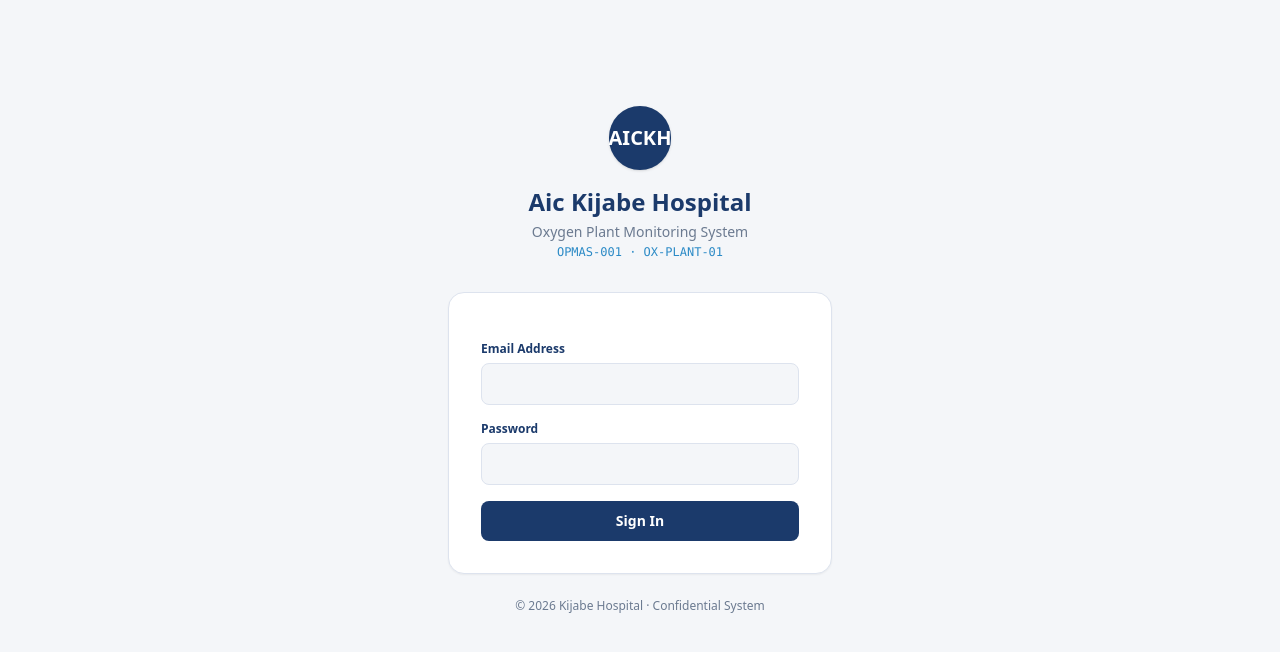
Repository: MosesCodeX-CS/OPMAS-001
Page: http://localhost/login
The author's editor kept a copy of each file at every save. The page is drawn from the files as they stood at one save, then again after a run of saves.
The browser window is 1280 px wide. The pictures show the whole page.
Some web libraries are served in a nearby version. The page is served by the project's Laravel application, run on PHP 8.4 with Laravel 12.

Above is the page before, as saved 2026-07-14 12:16:49.

After the next 2 saves:
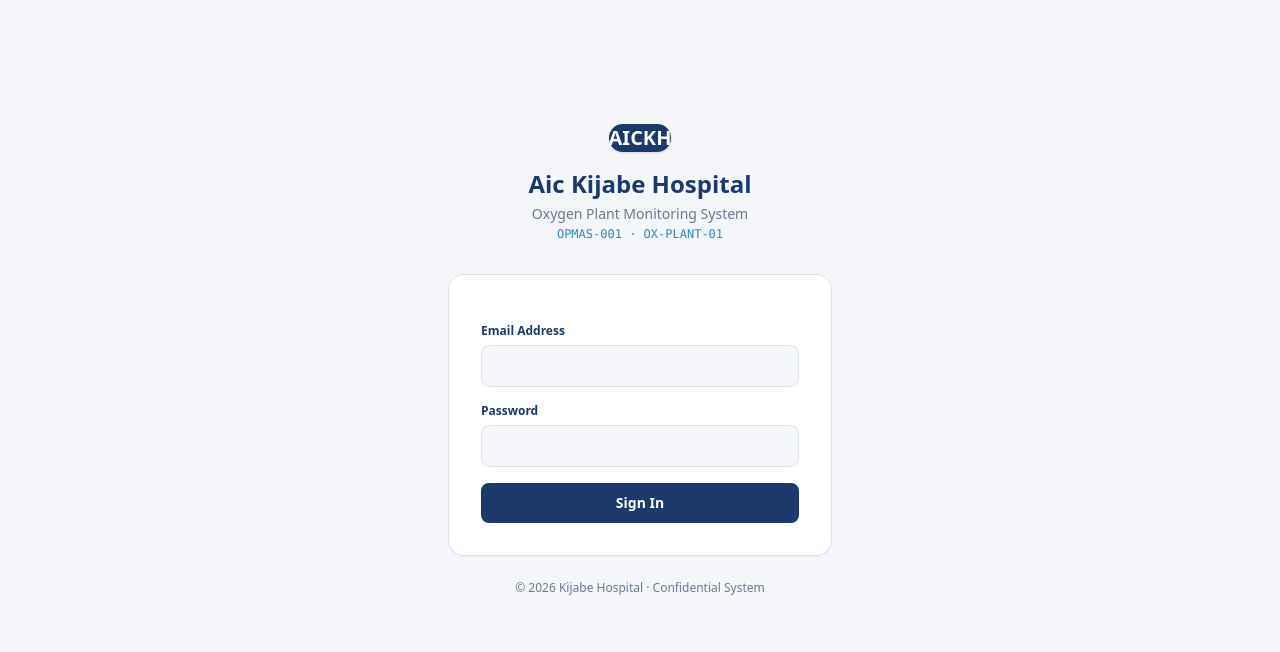
The 2 saves are shown as one change because they came seconds apart.
The last was saved 11 s later.
--- a/opmas-app/resources/views/auth/login.blade.php
+++ b/opmas-app/resources/views/auth/login.blade.php
@@ -9,7 +9,7 @@
 <body class="min-h-screen flex items-center justify-center" style="background-color:#F4F6F9;">
     <div class="w-full max-w-sm">
         <div class="text-center mb-8">
-            <div class="inline-flex items-center justify-center w-18 h-16 rounded-full mb-4 shadow"
+            <div class="inline-flex items-center justify-center w-18 h-18 rounded-full mb-4 shadow"
                  style="background-color:#1B3A6B;">
                 <span class="text-white text-xl font-bold">AICKH</span>
             </div>
